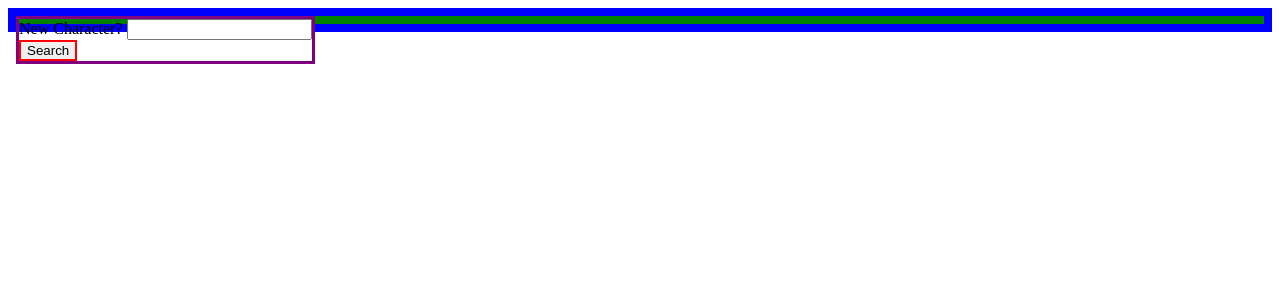
Repository: dsaftler/GifTastic
Page: index.html
These files come from the project's save history. The page is drawn as it stood at one moment and after the next save; the edit follows.
The browser window is 1280 px wide. The pictures show the whole page.
Some web libraries are served in a nearby version.

Above is the page before, as saved 2019-04-19 23:06:47.
Console error: SyntaxError: Invalid left-hand side in assignment

### index.html
<!DOCTYPE html>
<html lang="en">
<head>
    <!-- meta tags -->
    <meta http-equiv="content-type" content="text/html; charset=utf-8">
    <meta name="viewport" content="width=device-width, initial-scale=1.0">
    <!-- bootstrap -->

    <!-- custom css -->
    <link rel="stylesheet" href="assets/CSS/style.css" type="text/css">

  <title>GOT Giffy?</title>
</head>
<body>
<div class="container">
  <div class="btnsDiv">
  <div class="getTopic">

    <form role="form">

      <!-- Here we create the text box for capturing the search term-->
      <div class="form-group">
        <label for="search">New Character? </label>
        <input type="text" class="form-control" id="search-term">
      </div>

      <!-- Here we capture the number of records that the user wants to retrieve  -->
      <!-- <div class="form-group">
        <label for="pwd">Number of Imagess to Retrieve:</label>
        <select id="article-count" class="custom-select" aria-labelledby="dropdownMenuButton">
          <option selected value="1">1</option>
          <!-- Setting the option for 5 as default -->
          <!-- <option value="5" selected>5</option>
          <option value="10">10</option>
        </select>
      </div> -->


      <!-- Here we have our final submit button -->
      <button type="submit" class="btn btn-default" id="run-search">
        <i class="fa fa-search"></i> Search</button>

    </form>




  </div>
  <div class="showGifs">

  </div>

  </div>

</div>
<!-- <iframe src="https://giphy.com/embed/26FmPX0RBmzdY2HmM" width="480" height="239" frameBorder="0" class="giphy-embed"
  allowFullScreen></iframe>
<p><a href="https://giphy.com/gifs/gameofthrones-game-of-thrones-hbo-26FmPX0RBmzdY2HmM">via GIPHY</a></p> -->
<!-- bootstrap scripts -->
 <script src="https://cdnjs.cloudflare.com/ajax/libs/jquery/3.2.1/jquery.min.js"></script>
<script src="https://cdnjs.cloudflare.com/ajax/libs/popper.js/1.14.7/umd/popper.min.js"
  integrity="sha384-UO2eT0CpHqdSJQ6hJty5KVphtPhzWj9WO1clHTMGa3JDZwrnQq4sF86dIHNDz0W1" crossorigin="anonymous"></script>
<script src="https://stackpath.bootstrapcdn.com/bootstrap/4.3.1/js/bootstrap.min.js"
  integrity="sha384-JjSmVgyd0p3pXB1rRibZUAYoIIy6OrQ6VrjIEaFf/nJGzIxFDsf4x0xIM+B07jRM" crossorigin="anonymous"></script>
<script src="assets/Javascript/app.js"></script>

</body>
</html>

### assets/CSS/style.css
body {
  background-image: "assets/images/ezgif.com-resize.webp"
}
.btn {
  border: 2px solid  red;
}
.btnsDiv{
  border: 8px solid blue;
}
.getTopic{
  float: left;
  border: 3px solid purple;
}

.showGifs{
  border: 4px solid green;
}

### assets/Javascript/app.js
// var topics=["Jon Snow","Sansa","Cersei","Arya","Daenerys","Jaime","Catelyn"];
var topics = ["Jon Snow",  "Arya", "Daenerys"];
var topic, newBtn, i, btnId
//$("button").on("click", getGif());
$('.getTopic').hide()
$(function () {
  createButtons();
//$(".getTopic").hide();

});

function createButtons() {
  for (let i=0; i<topics.length; i++) {
    topic=topics[i]
    // btnId ='topicbtn_' + i
    var newBtn = $('<button>' + topic + '</button>')
        .addClass('imgBtn')
        .attr("id",'topicbtn_' + i)
        .attr('onclick', 'getGif(this.textContent);')
       $(".btnsDiv").append(newBtn);
    };
    $('.getTopic').show();
  }
      // .attr('onclick', 'getGif(this.textContent);')
//$('.btn').on('click', function() {
function getGif(myTopic){

  //alert("clicked "+myTopic );
  var queryURL = "http://api.giphy.com/v1/gifs/search?q=" +
    myTopic + "&api_key=cQ6v8TyEzI3FgHn04lpj1mdBt9i4u5n8&limit=10";
  $.ajax({
    url: queryURL,
    method: "GET"
  })
    .then(function (response) {
      // Storing an array of results in the results variable
      var results = response.data;
    console.log(results);
      showGifs(results)
  });
};
  function showGifs(imgSet){

    //console.log(imgSet);
    $(".showGifs").empty();
    for (var i = 0; i < imgSet.length; i++) {

      // Creating and storing a div tag

      // Creating a paragraph tag with the result item's rating
      // var $info = $("<p class='info'>")
      // var infoText="Rating: " + imgSet[i].rating +'</br>';
      //     //infoText=infoText+
      // $('.info').text(infoText);
      // Creating and storing an image tag
      var still = imgSet[i].images.fixed_height_still.url
      var  $newGif= $("<img>");
      $("newGif").src = imgSet[i].images.fixed_height_still.url;
      $("newGif").attr("data-still"=still);
      $("newGif").attr("data-animate" = imgSet[i].images.fixed_height.url);
      $("newGif").attr("data-state"="still");
      $("newGif").addClass("gif")

      // Setting the src attribute of the image to a property pulled off the result item

       // !the rating should be UNDER the gif


      // Appending the paragraph and image tag to the animalDiv

      $(".showGifs").append(newGif);
      // $(".showGifs").append(p);
    }
  };
$(".gif").on("click", function () {
  // The attr jQuery method allows us to get or set the value of any attribute on our HTML element
  var state = $(this).attr("data-state");
  // If the clicked image's state is still, update its src attribute to what its data-animate value is.
  // Then, set the image's data-state to animate
  // Else set src to the data-still value
  if (state === "still") {
    $(this).attr("src", $(this).attr("data-animate"));
    $(this).attr("data-state", "animate");
  } else {
    $(this).attr("src", $(this).attr("data-still"));
    $(this).attr("data-state", "still");
  }
});

  //TODO add the form for input and add button

After the next save:
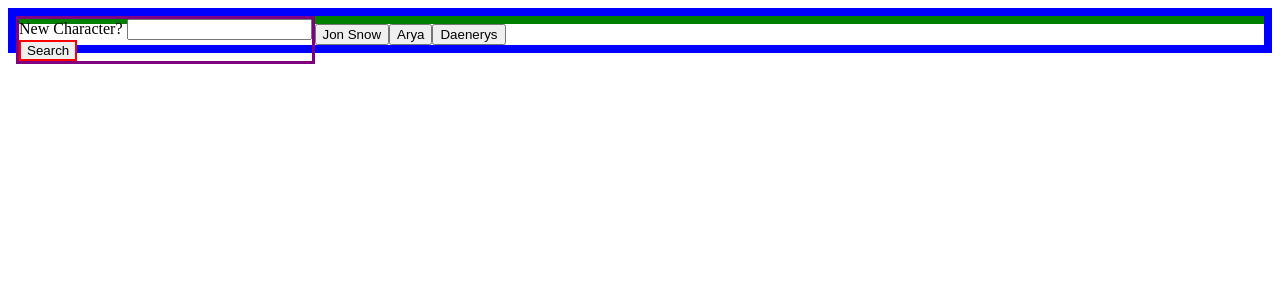
The error is gone.
Saved 6 min 52 s later.
--- a/assets/Javascript/app.js
+++ b/assets/Javascript/app.js
@@ -53,12 +53,11 @@
       //     //infoText=infoText+
       // $('.info').text(infoText);
       // Creating and storing an image tag
-      var still = imgSet[i].images.fixed_height_still.url
       var  $newGif= $("<img>");
       $("newGif").src = imgSet[i].images.fixed_height_still.url;
-      $("newGif").attr("data-still"=still);
-      $("newGif").attr("data-animate" = imgSet[i].images.fixed_height.url);
-      $("newGif").attr("data-state"="still");
+      $("newGif").attr("data-still",imgSet[i].images.fixed_height_still.url);
+      $("newGif").attr("data-animate", imgSet[i].images.fixed_height.url);
+      $("newGif").attr("data-state","still");
       $("newGif").addClass("gif")
 
       // Setting the src attribute of the image to a property pulled off the result item
